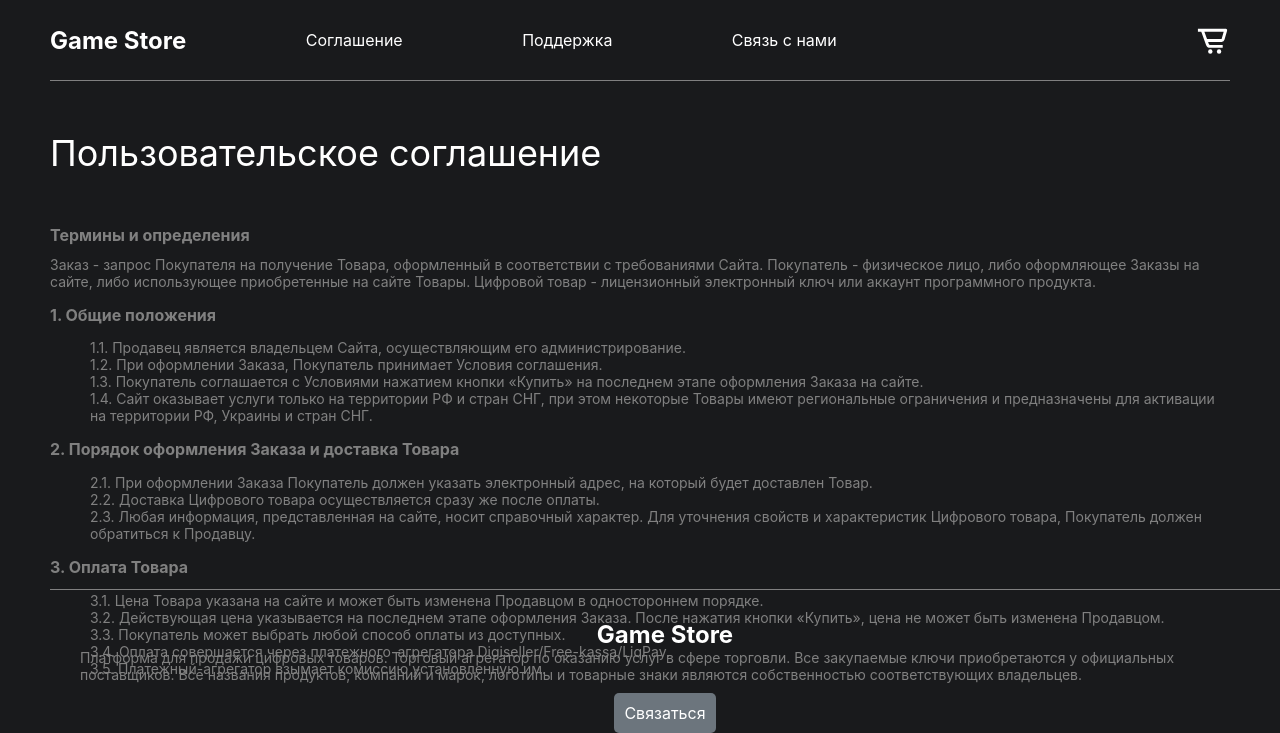
Repository: Minkeani/GameStore
Page: /agreement
The author's editor kept a copy of each file at every save. The page is drawn from the files as they stood at one save, then again after the next save.
The browser window is 1280 px wide. The pictures show the whole page.
The project was rebuilt for these pictures with package versions that can differ from the ones it lists, and the page was loaded fresh each time. Also part of the build but not shown: src/components/ItemsInCart/ItemsInCart.css, src/components/ItemsInCart/ItemsInCart.jsx, src/components/CartMenu/CartMenu.css, src/components/Btn/Btn.css, src/components/Btn/Btn.jsx, src/components/CartItem/CartItem.css, src/components/CartItem/CartItem.jsx, src/components/utils/utils.js and 18 more.

Above is the page before, as saved 2022-09-11 11:23:52.

### src/index.js
import React from 'react';
import ReactDOM from 'react-dom/client';
import './index.css';
import App from './App';
import reportWebVitals from './reportWebVitals';

const root = ReactDOM.createRoot(document.getElementById('root'));
root.render(
    <App />
);

### src/index.css
body {
  margin: 0;
  font-family: -apple-system, BlinkMacSystemFont, 'Segoe UI', 'Roboto', 'Oxygen',
    'Ubuntu', 'Cantarell', 'Fira Sans', 'Droid Sans', 'Helvetica Neue',
    sans-serif;
  -webkit-font-smoothing: antialiased;
  -moz-osx-font-smoothing: grayscale;
    background-color: rgb(25, 26, 28);
}

code {
  font-family: source-code-pro, Menlo, Monaco, Consolas, 'Courier New',
    monospace;
}

.App {
  max-width: 1180px;;
  margin: 0 auto;
  padding: 0 40px;
  color: white;
}

a {
  color: white;
  text-decoration: none;
}

.secondary-text {
  color: rgb(80, 82, 84);
}

### src/App.js
import { BrowserRouter, Routes, Route } from "react-router-dom";
import Header from "./components/Header/Header";
import { Provider } from "react-redux";
import GamePage from "./components/GamePage/GamePage";
import OrderPage from "./components/OrderPage/OrderPage";
import HomePage from "./pages/HomePage/HomePage";
import {store} from './redux'
import Agreement from "./components/Agreement/Agreement";
import Footer from "./components/Footer/Footer";
import Support from "./components/Support/Support";


function App() {
  return (
    <Provider store={store}>
    <BrowserRouter>
      <div className="App">
        <Header />
        <Routes>
          <Route path="/" element={<HomePage />} />
          <Route path="/app/:title" element={<GamePage />} />
          <Route path="/order" element={<OrderPage />} />
          <Route path="/agreement" element={<Agreement />} />
          <Route path="/support" element={<Support />} />
        </Routes>
        <Footer/>
      </div>
    </BrowserRouter>
    </Provider>
  );
}

export default App;

### src/components/Header/Header.js
import React from 'react'
import { Link } from 'react-router-dom'
import CartBlock from '../CartBlock/CartBlock'
import './Header.css'

export default function Header() {
  return (
    <div className="header">
      <div className="wrapper">
            <Link to='/' className='header__store-title'>Game Store</Link>
            <Link to='/Agreement'>Соглашение</Link>
            <Link to='/support'>Поддержка</Link>
            <a to='/'>Связь с нами</a>

      </div>
      <div className="wrapper header__cart-btn-wrapper">
        <CartBlock/>
      </div>
    </div>
  )
}

### src/redux/index.js
import { configureStore } from '@reduxjs/toolkit';
import gamesReducer from './games/gamesReducer';
import reducerCart from './cart/reducerCart';

export const store = configureStore({
    reducer: {
        games: gamesReducer,
        cart: reducerCart
    }
  })

### src/components/Agreement/Agreement.jsx
import React from "react";
import Title from "../Ui/Title/Title";
import BigTitle from "../Ui/BigTitle/BigTitle";
import P from "../Ui/P/P";
import "./Agreement.css";

const Agreement = () => {
  return (
    <div>
      <BigTitle>Пользовательское соглашение</BigTitle>
      <Title>Термины и определения</Title>
      <P>
        Заказ - запрос Покупателя на получение Товара, оформленный в
        соответствии с требованиями Сайта. Покупатель - физическое лицо, либо
        оформляющее Заказы на сайте, либо использующее приобретенные на сайте
        Товары. Цифровой товар - лицензионный электронный ключ или аккаунт
        программного продукта.
      </P>
      <Title>1. Общие положения</Title>
      <P>
        <ul className="list">
          <li>
            1.1. Продавец является владельцем Сайта, осуществляющим его
            администрирование.
          </li>
          <li>
            1.2. При оформлении Заказа, Покупатель принимает Условия соглашения.
          </li>
          <li>
            1.3. Покупатель соглашается с Условиями нажатием кнопки «Купить» на
            последнем этапе оформления Заказа на сайте.
          </li>
          <li>
            1.4. Сайт оказывает услуги только на территории РФ и стран СНГ, при
            этом некоторые Товары имеют региональные ограничения и предназначены
            для активации на территории РФ, Украины и стран СНГ.
          </li>
        </ul>
      </P>
      <Title>2. Порядок оформления Заказа и доставка Товара</Title>
      <P>
        <ul className="list">
          <li>
            2.1. При оформлении Заказа Покупатель должен указать электронный
            адрес, на который будет доставлен Товар.
          </li>
          <li>
            2.2. Доставка Цифрового товара осуществляется сразу же после оплаты.
          </li>
          <li>
            2.3. Любая информация, представленная на сайте, носит справочный
            характер. Для уточнения свойств и характеристик Цифрового товара,
            Покупатель должен обратиться к Продавцу.
          </li>
          <li></li>
        </ul>
      </P>
      <Title>3. Оплата Товара</Title>
      <P>
        <ul className="list">
          <li>
            3.1. Цена Товара указана на сайте и может быть изменена Продавцом в
            одностороннем порядке.
          </li>
          <li>
            3.2. Действующая цена указывается на последнем этапе оформления
            Заказа. После нажатия кнопки «Купить», цена не может быть изменена
            Продавцом.
          </li>
          <li>
            3.3. Покупатель может выбрать любой способ оплаты из доступных.
          </li>
          <li>
            3.4. Оплата совершается через платежного-агрегатора
            Digiseller/Free-kassa/LiqPay.
          </li>
          <li>3.5. Платежный-агрегатор взымает комиссию установленную им.</li>
        </ul>
      </P>
    </div>
  );
};

export default Agreement;

### src/components/Footer/Footer.jsx
import React from "react";
import "./Footer.css";
import { Link } from "react-router-dom";
import P from "../Ui/P/P";

const Footer = () => {
  return (
    <div className="footer">
      <div className="wrapper__footer">
        <Link to="/" className="header__store-title">
          Game Store
        </Link>

        <div>
          <P>
            Платформа для продажи цифровых товаров. Торговый агрегатор по
            оказанию услуг в сфере торговли. Все закупаемые ключи приобретаются
            у официальных поставщиков. Все названия продуктов, компаний и марок,
            логотипы и товарные знаки являются собственностью соответствующих
            владельцев.
          </P>
          <a href="https://linktr.ee/minkeani" target="blank">
            Связаться
          </a>
        </div>
      </div>
    </div>
  );
};

export default Footer;

### src/components/CartBlock/CartBlock.jsx
import React, { useState, useCallback } from "react";
import "./CartBlock.css";
import { useSelector } from "react-redux";
import { BiCartAlt } from "react-icons/bi";
import ItemsInCart from "../ItemsInCart/ItemsInCart";
import CartMenu from "../CartMenu/CartMenu";
import { useNavigate } from "react-router-dom";

export default function CartBlock() {
  const items = useSelector((state) => state.cart.itemsInCart);
  const totalPrice = items.reduce((acc, game) => (acc += game.price), 0);
  const [isCartMenuVisible, setCartMenuVisible] = useState(false)

  const navigate = useNavigate()

  const handleClick = useCallback(() => {
    setCartMenuVisible(false)
    navigate('/order')
  }, [navigate])

  return (
    <div className="cart-block">
      <ItemsInCart quantity={items.length}/>
      <BiCartAlt size={35} className="cart-icon" onClick={() => setCartMenuVisible(!isCartMenuVisible)} />
      {totalPrice > 0 ? (
        <span className="total-price">{totalPrice} руб</span>
      ) : null}

     {isCartMenuVisible ? <CartMenu items={items} onClick={handleClick} /> : ''}
    </div>
  );
}

### src/components/Header/Header.css
.header {
    height: 80px;
    display: flex;
    align-items: center;
    justify-content: space-between;
    margin-bottom: 30px;
    border-bottom: 1px solid gray
}

.wrapper {
    display: flex;
    flex-grow: 1;
    align-items: center;
    justify-content: space-between;

}

.wrapper a{

}

.header__store-title {
    color: white;
    text-decoration: none;
    font-size: 24px;
    font-weight: bold;
}

.header__cart-btn-wrapper {
    justify-content: flex-end;
}

### src/redux/games/gamesReducer.js
import { createSlice } from '@reduxjs/toolkit'

const gamesSlice = createSlice({
  name: 'games',
  initialState: {
    currentGame: null
  },
  reducers: {
    setCurrentGame: (state, action) => {
      state.currentGame = action.payload
    },
  }
});

export const { setCurrentGame } = gamesSlice.actions;
export default gamesSlice.reducer;

### src/redux/cart/reducerCart.js
import { createSlice } from "@reduxjs/toolkit";

const cartSlice = createSlice({
    name: 'cart',
    initialState: {
        itemsInCart: []
    },
    reducers: {
        setItemInCart: (state, action) => {
            state.itemsInCart.push(action.payload)
    },
        deleteItemFromCart: (state, action) => {
        state.itemsInCart = state.itemsInCart.filter(game => game.id !== action.payload)
    }
}
});

export const {setItemInCart, deleteItemFromCart} = cartSlice.actions;
export default cartSlice.reducer;

### src/components/Ui/Title/Title.jsx
import React from 'react';
import './Title.css'

const Title = ({children}) => {
    return (
        <div className='Title'>
            {children}
        </div>
    );
}

export default Title;

### src/components/Ui/BigTitle/BigTitle.jsx
import React from 'react';
import './BigTitle.css'

const BigTitle = ({children}) => {
    return (
        <h2 className='BigTitle'>
            {children}
        </h2>
    );
}

export default BigTitle;

### src/components/Ui/P/P.jsx
import React from 'react';
import './P.css'

const P = ({children}) => {
    return (
        <div className='paragraph'>
            {children}
        </div>
    );
}

export default P;

### src/components/Agreement/Agreement.css
.list li{
    list-style-type: none
}

### src/components/Footer/Footer.css
.footer {
    max-height: 80px;
    padding: 10px;
    position: absolute;
    bottom: 0;
    margin-bottom: 30px;
    margin-top: 20px;
    border-top: 1px solid gray
}

.wrapper__footer {
    display: flex;
    margin: 20px;
    flex-grow: 1;
    flex-direction: column;
    align-items: center;
    justify-content: space-between;
}

.wrapper__footer div {
    display: flex;
    align-items: center;
    justify-content: center;
    flex-direction: column
}
.wrapper__footer div a{
    color: #ffffff;
    background-color: #6c757d;
    border: none;
    padding: 10px;
    border-radius: 5px;
}

.wrapper__footer div a:hover{
    color: #ffffff;
    background-color:  #3e4042;
}

### src/components/CartBlock/CartBlock.css
.cart-block {
    display: flex;
    align-items: center;
    position: relative;
}

.total-price {
    margin-left: 15px;
    font-size: 18px;
    font-weight: bold;
}

.cart-icon {
    cursor: pointer;
    position: relative;
}

### src/components/Ui/Title/Title.css
.Title {
    color: gray;
    font-weight: 700;
    line-height: 1.3;
    margin: 15px 0 10px;
}

### src/components/Ui/BigTitle/BigTitle.css
.BigTitle {
    font-size: 36px;
    font-weight: 400;
    color: #fff;
    padding: 20px 0;
}

### src/components/Ui/P/P.css
.paragraph {
    margin-bottom: 10px;
    color: gray;
    font-size: 14px;
    font-weight: 400;
    font-style: normal;
}

Loaded but not shown: public/index.html (common file); src/reportWebVitals.js (common file); src/components/Support/Support.css (no stored copy; drawn as an empty file)

After the next save:
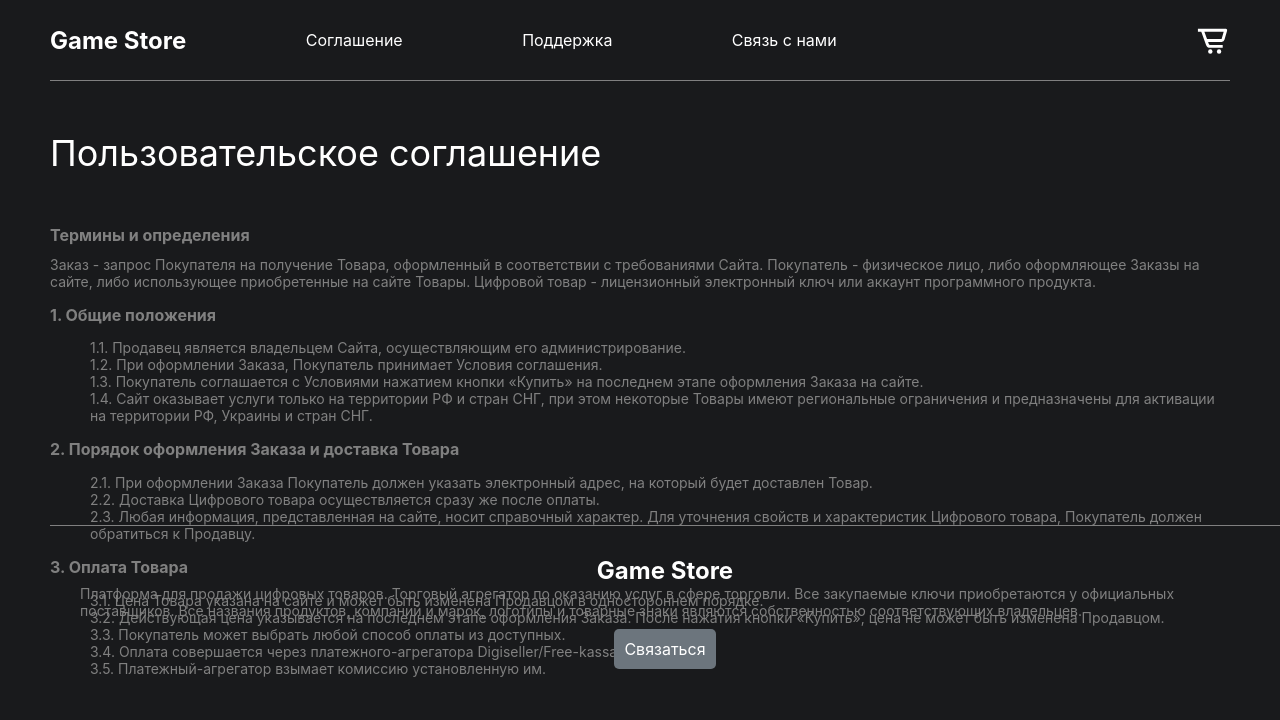
Saved 32 s later.
--- a/src/components/Footer/Footer.css
+++ b/src/components/Footer/Footer.css
@@ -1,5 +1,5 @@
 .footer {
-    max-height: 80px;
+    max-height: 20vh;
     padding: 10px;
     position: absolute;
     bottom: 0;
